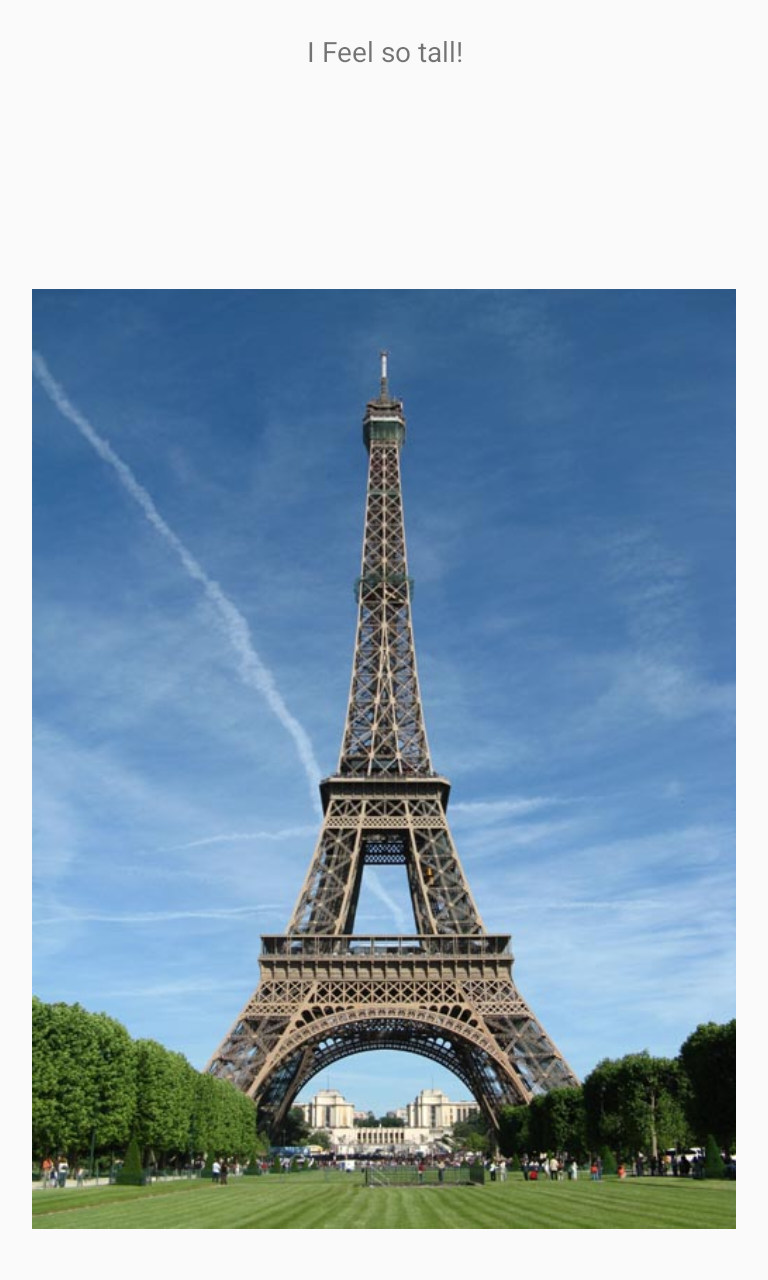
Repository: Smahane/Android_CST407
Layout: HomeWork2/HomeWork2_Resources_State/res/layout/fragment_opinion.xml
An editor plug-in stored every save of this project. The layout is shown before and after the next save, followed by the edit.
It is drawn on a 768 x 1280 px phone screen (xhdpi) without system bars, with theme AppTheme; the app's code is not run.

Above is the layout before, as saved 2014-07-20 17:43:21.

### HomeWork2/HomeWork2_Resources_State/res/layout/fragment_opinion.xml
<RelativeLayout xmlns:android="http://schemas.android.com/apk/res/android"
    xmlns:tools="http://schemas.android.com/tools"
    android:layout_width="match_parent"
    android:layout_height="match_parent"
    android:paddingBottom="@dimen/activity_vertical_margin"
    android:paddingLeft="@dimen/activity_horizontal_margin"
    android:paddingRight="@dimen/activity_horizontal_margin"
    android:paddingTop="@dimen/activity_vertical_margin"
    tools:context="com.example.homework2_resources.OpinionActivity$PlaceholderFragment" >

    <TextView
        android:id="@+id/textView1"
        android:layout_width="match_parent"
        android:layout_height="wrap_content"
        android:gravity="center"
        android:text="@string/portrait" />

    <ImageView
        android:id="@+id/imageView1"
        android:layout_width="wrap_content"
        android:layout_height="wrap_content"
        android:layout_alignLeft="@+id/textView1"
        android:layout_below="@+id/textView1"
        android:layout_marginTop="100dp"
        android:layout_centerHorizontal="true"
        android:src="@drawable/eiffeltower" />

</RelativeLayout>

### HomeWork2/HomeWork2_Resources_State/res/values/strings.xml
<?xml version="1.0" encoding="utf-8"?>
<resources>

    <string name="app_name">HomeWork2_Resources</string>
    <string name="portrait">I Feel so tall!</string>
    <string name="action_settings">Settings</string>
    <string name="land_txt">the world looks flat</string>
    <string name="EiffelTowerImage">Eiffel Tower</string>

</resources>

Loaded but not shown: HomeWork2/HomeWork2_Resources_State/res/values/styles.xml (common file); HomeWork2/HomeWork2_Resources_State/res/values-v11/styles.xml (common file); HomeWork2/HomeWork2_Resources_State/res/values-v14/styles.xml (common file); HomeWork2/HomeWork2_Resources_State/res/values/dimens.xml (common file); HomeWork2/HomeWork2_Resources_State/res/values-w820dp/dimens.xml (common file)

After the next save:
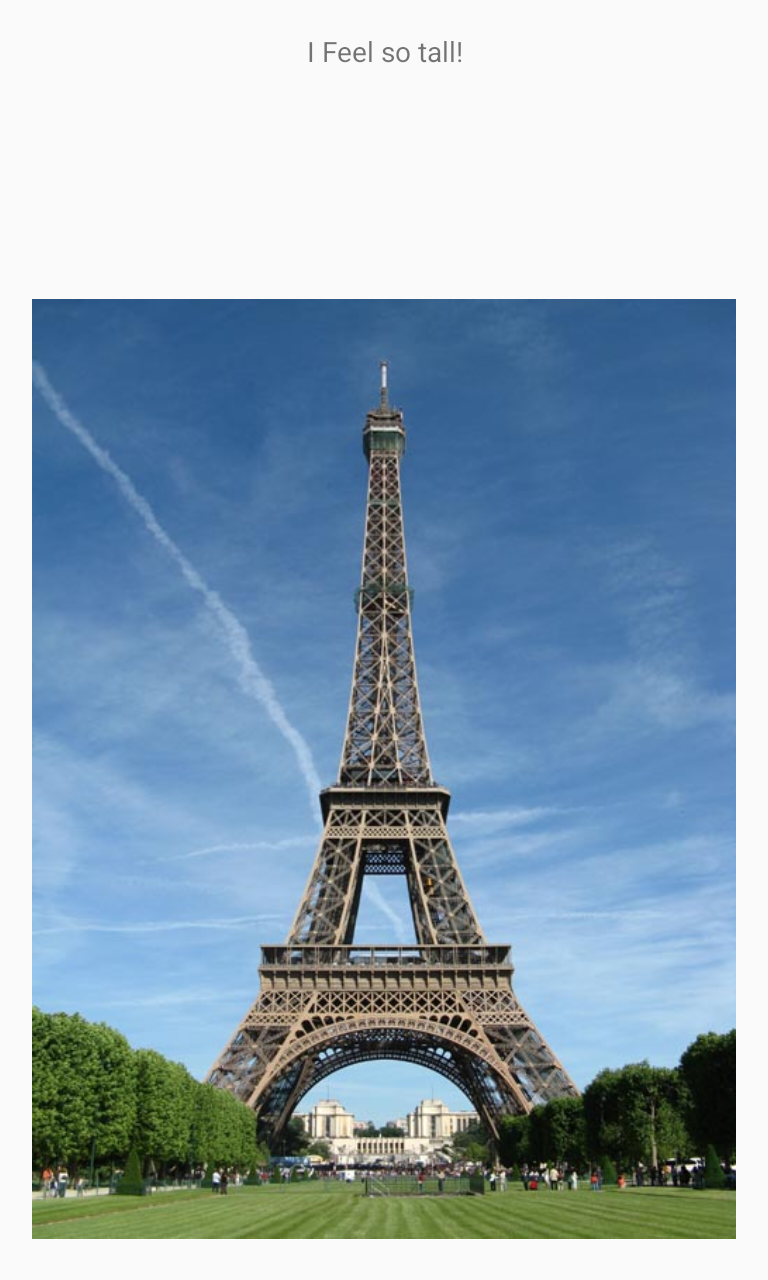
Saved 8 s later.
--- a/HomeWork2/HomeWork2_Resources_State/res/layout/fragment_opinion.xml
+++ b/HomeWork2/HomeWork2_Resources_State/res/layout/fragment_opinion.xml
@@ -21,7 +21,7 @@
         android:layout_height="wrap_content"
         android:layout_alignLeft="@+id/textView1"
         android:layout_below="@+id/textView1"
-        android:layout_marginTop="100dp"
+        android:layout_marginTop="110dp"
         android:layout_centerHorizontal="true"
         android:src="@drawable/eiffeltower" />
 
